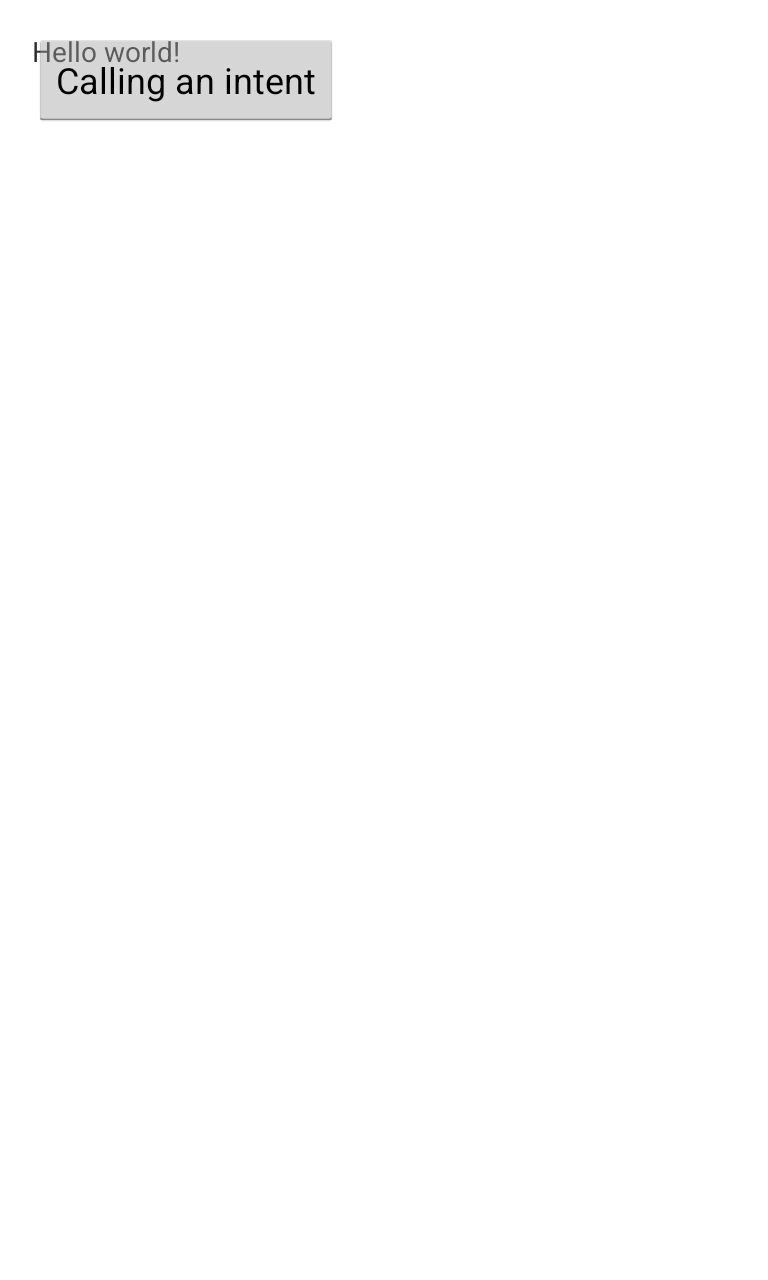
Repository: khaidzir/IF3111-T1-Lifecycle
Layout: Android Life Cycle/LifeCycle/res/layout/activity_main.xml
The author's editor kept a copy of each file at every save. The layout is drawn from the files as they stood at one save, then again after the next save.
It is drawn on a 768 x 1280 px phone screen (xhdpi) without system bars, with theme AppTheme; the app's code is not run.

Above is the layout before, as saved 2015-02-08 03:04:51.

After the next save:
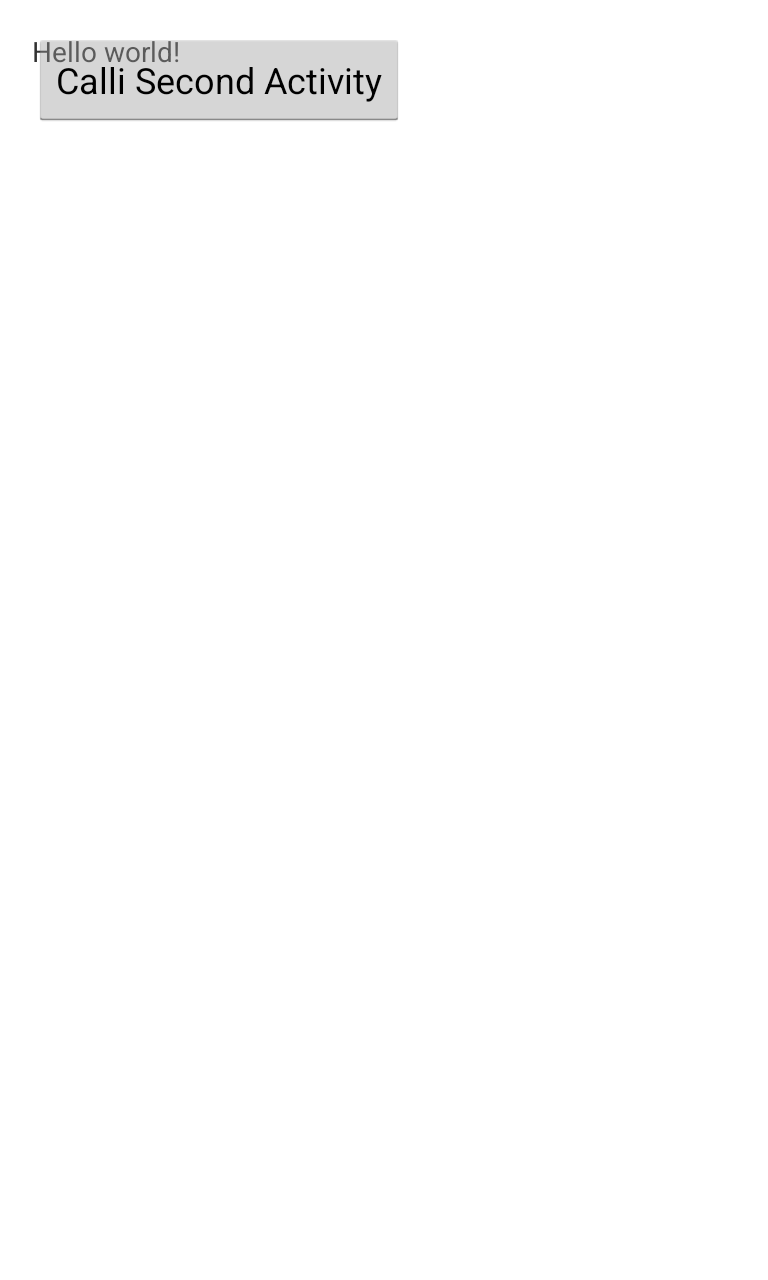
Saved 24 s later.
--- a/Android Life Cycle/LifeCycle/res/layout/activity_main.xml
+++ b/Android Life Cycle/LifeCycle/res/layout/activity_main.xml
@@ -17,9 +17,7 @@
         android:id="@+id/startintent"
         android:layout_width="wrap_content"
         android:layout_height="wrap_content"
-        android:layout_alignLeft="@+id/inputforintent"
-        android:layout_below="@+id/inputforintent"
         android:onClick="onClick"
-        android:text="Calling an intent" />
+        android:text="Calli Second Activity" />
 
 </RelativeLayout>
